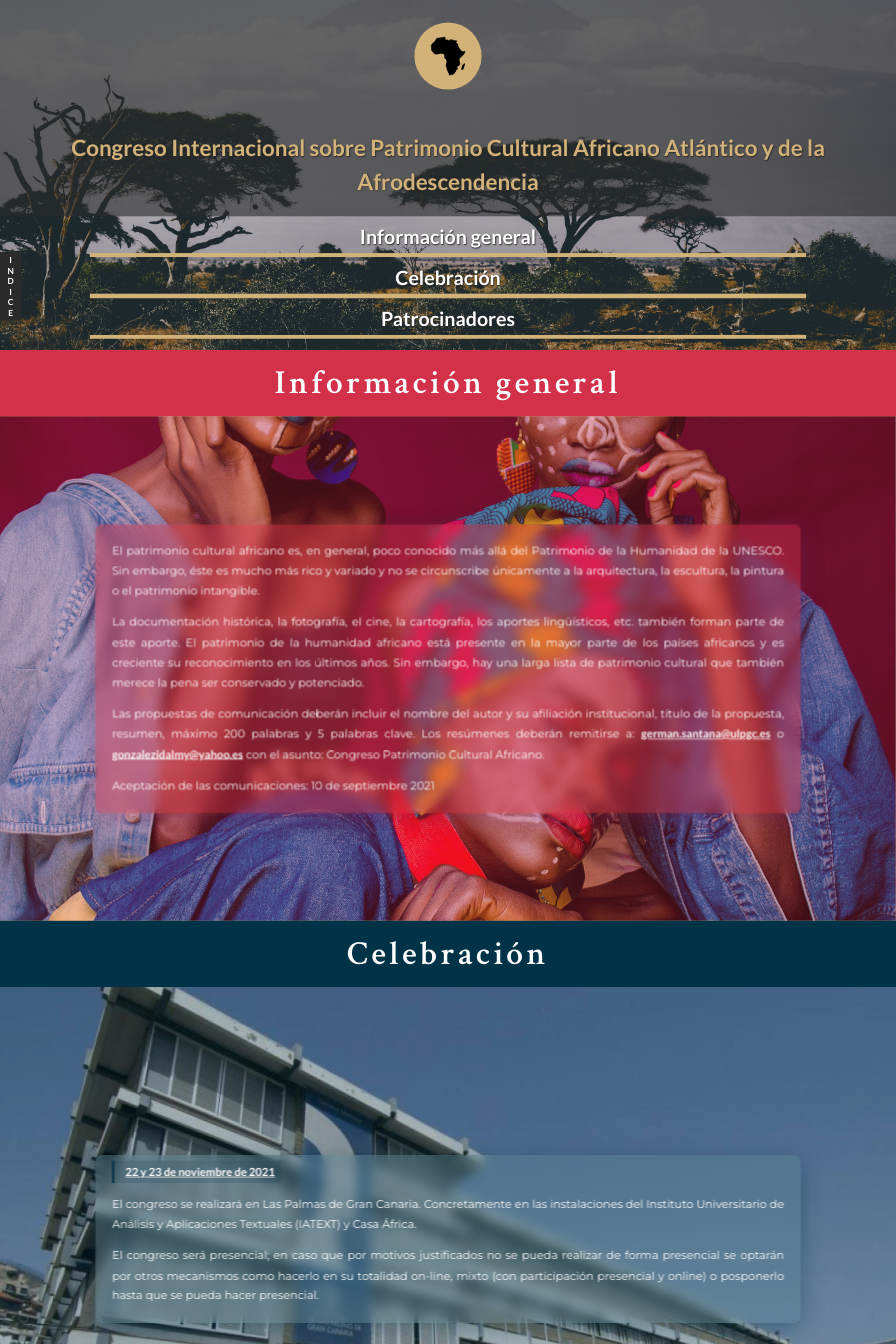
Repository: Letram/congresoafrica
Page: index.html
The author's editor kept a copy of each file at every save. The page is drawn from the files as they stood at one save, then again after the next save.
The browser window is 1280 px wide. The pictures show the part of the page from y = 0 to 1920 px (the page is 2945 px tall), at 70% of full size.
Backgrounds fixed to the window are drawn as part of the page. Some web libraries are served in a nearby version. The style sheet was rebuilt from its Sass, Less or Tailwind sources for each picture, by a compiler version that may differ from the author's.

Above is the page before, as saved 2021-04-30 12:58:07.

After the next save:
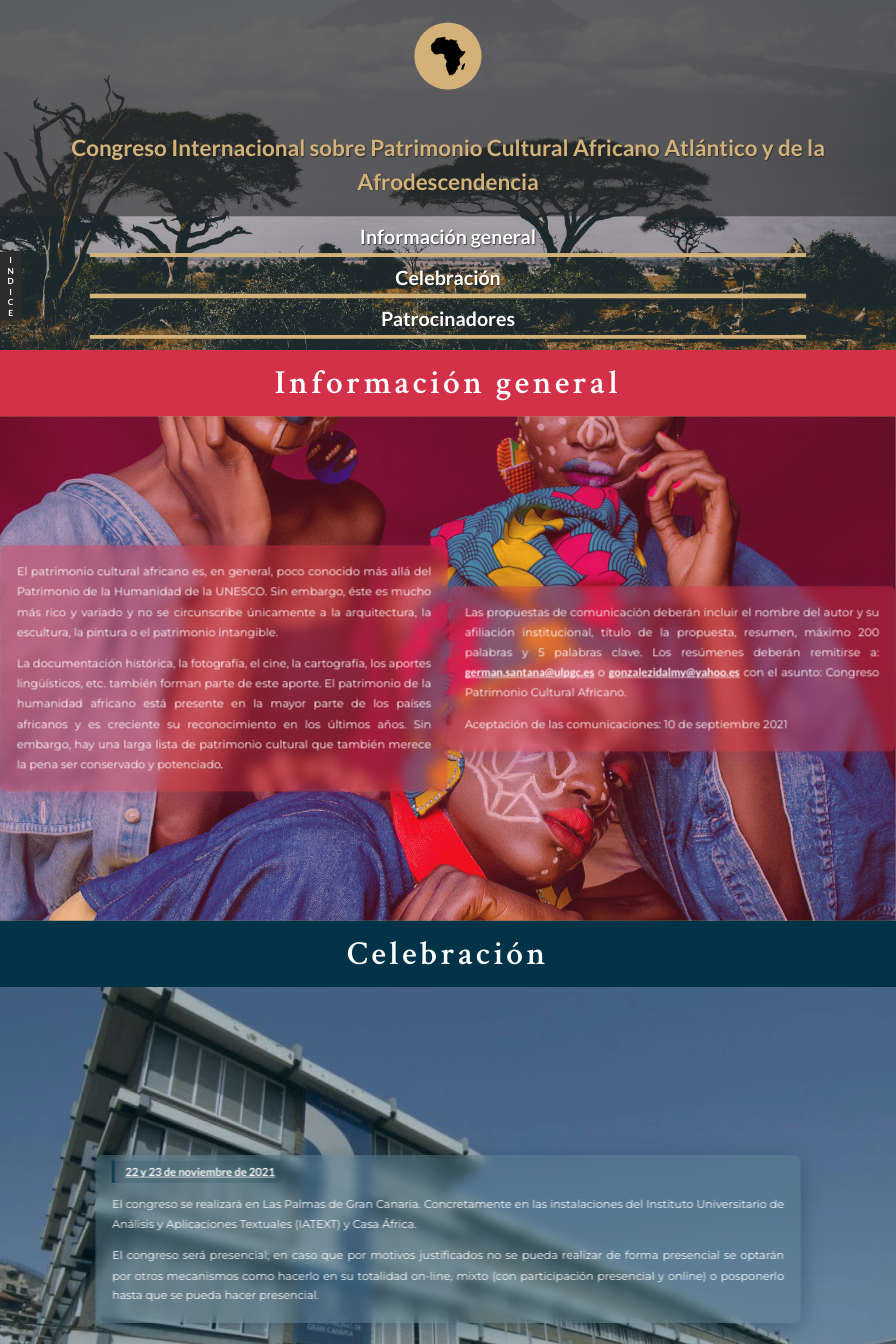
Saved 47 s later.
--- a/index.html
+++ b/index.html
@@ -53,12 +53,17 @@
               lista de patrimonio cultural que también merece la pena ser
               conservado y potenciado.
             </p>
+          </div>
+        </div>
+        <div class="card">
+          <div class="content">
             <p>
               Las propuestas de comunicación deberán incluir el nombre del autor
               y su afiliación institucional, título de la propuesta, resumen,
               máximo 200 palabras y 5 palabras clave. Los resúmenes deberán
-              remitirse a: <span>german.santana@ulpgc.es</span> o <span>gonzalezidalmy@yahoo.es</span> con
-              el asunto: Congreso Patrimonio Cultural Africano.
+              remitirse a: <span>german.santana@ulpgc.es</span> o
+              <span>gonzalezidalmy@yahoo.es</span> con el asunto: Congreso
+              Patrimonio Cultural Africano.
             </p>
             <p>Aceptación de las comunicaciones: 10 de septiembre 2021</p>
           </div>
